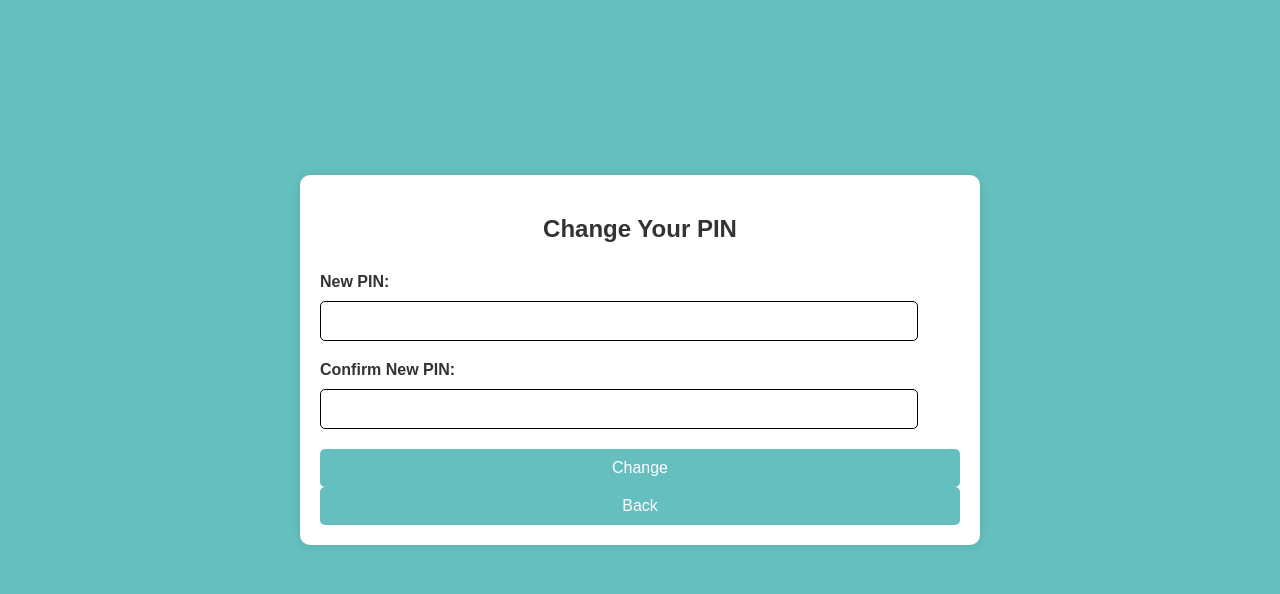
Repository: gauravraj08/bankingSystemJspServlet
Page: http://localhost/BankMangementSystem/pin.jsp
The author's editor kept a copy of each file at every save. The page is drawn from the files as they stood at one save, then again after the next save.
The browser window is 1280 px wide. The pictures show the whole page.
The page is served by Tomcat 9.

Above is the page before, as saved 2024-04-19 06:30:44.

After the next save:
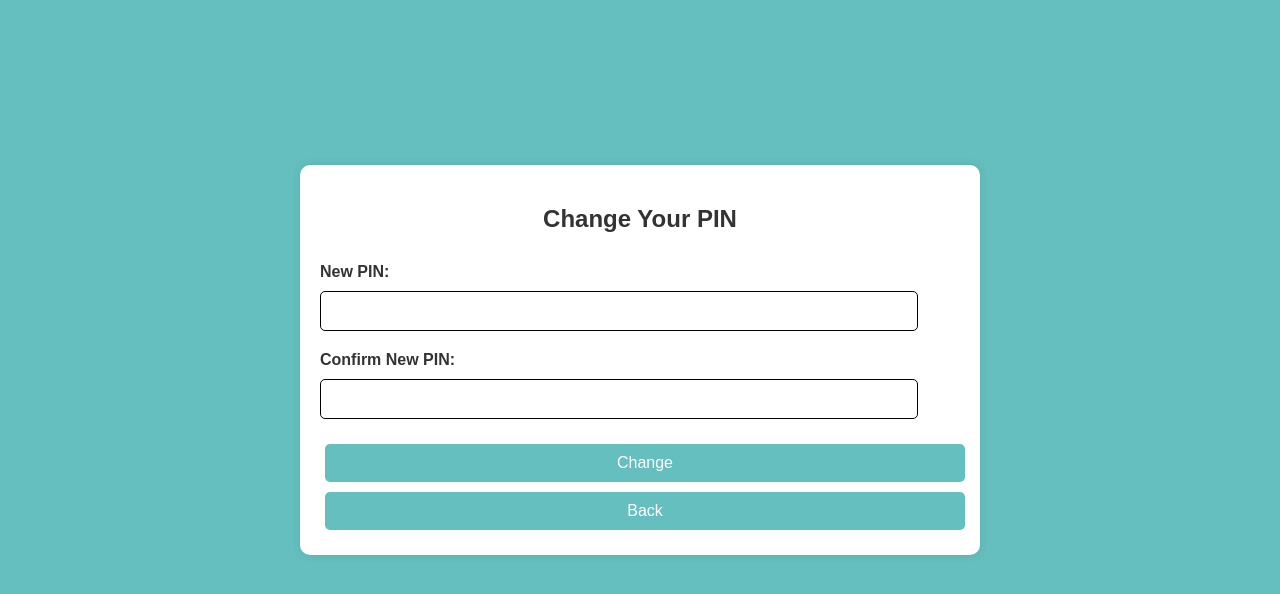
Saved 24 s later.
--- a/BankMangementSystem/src/main/webapp/pin.jsp
+++ b/BankMangementSystem/src/main/webapp/pin.jsp
@@ -52,6 +52,7 @@
             width: 100%;
             padding: 10px;
             border: none;
+            margin:5px;
             border-radius: 5px;
             background-color: #65BFBF;
             color: #fff;
